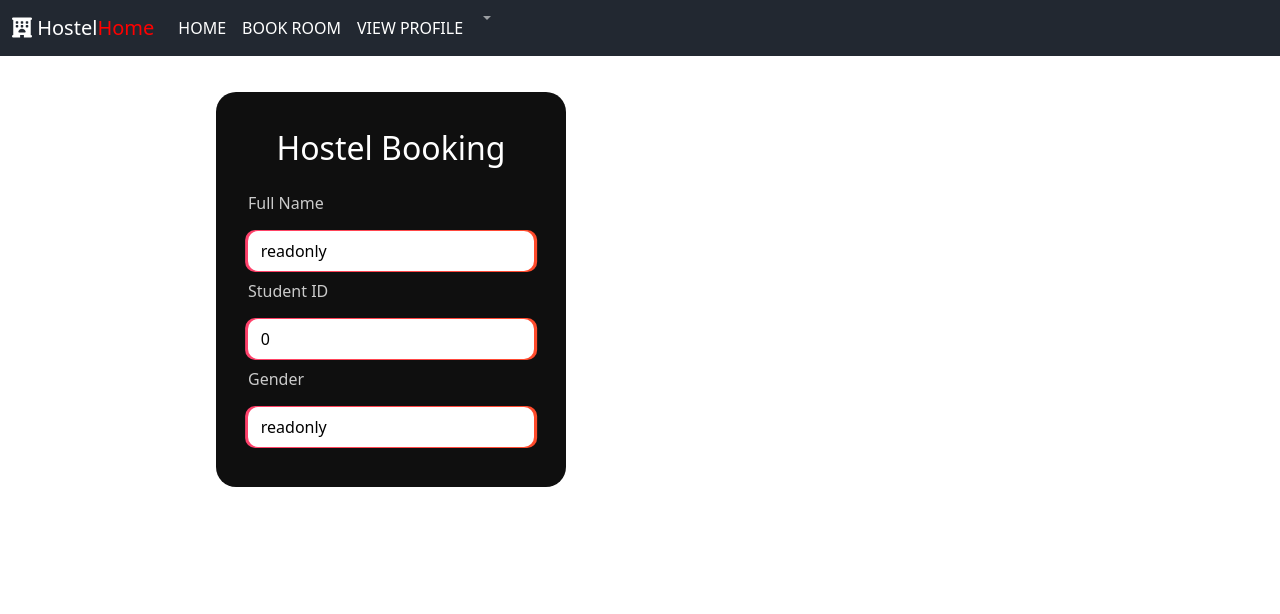
Repository: SparshGarg1/Hostel_Managment_System
Page: http://localhost/Hostel/studentviewappoinment.jsp
The author's editor kept a copy of each file at every save. The page is drawn from the files as they stood at one save, then again after a run of saves.
The browser window is 1280 px wide. The pictures show the whole page.
Some web libraries are served in a nearby version. The page is served by Tomcat 9. Other server files are loaded and not shown. Queries for data that is not in the repository find no rows.

Above is the page before, as saved 2023-06-18 07:18:35.

### Hostel/WebContent/studentviewappoinment.jsp
<%@page import="java.sql.ResultSet"%>
<%@page errorPage="component/error.jsp" %>
<%@ include file="component/db.jsp" %>
<%@ page language="java" contentType="text/html; charset=ISO-8859-1"
    pageEncoding="ISO-8859-1"%>
<!DOCTYPE html PUBLIC "-//W3C//DTD HTML 4.01 Transitional//EN" "http://www.w3.org/TR/html4/loose.dtd">
<html>
<head>
<meta http-equiv="Content-Type" content="text/html; charset=ISO-8859-1">
<title>Insert title here</title>
<%@ include file="component/allcss.jsp" %>
<style>
        @import url('https://fonts.googleapis.com/css2?family=Poppins&display=swap');
        .main{
            display: flex;
            align-items: center;
            justify-content:space-between;
            flex-wrap: wrap;
        }
        .image img{
            margin: 5vh 30vh;
            border-radius: 15px;
            filter: brightness(80%);
        }
        .contain{
            margin: 5vh 30vh;
            background: rgb(15, 15, 15);
            width: 350px;
            border-radius: 20px;
            display: flex;
            justify-content: center;
            flex-direction: column;
            color: white;
            padding: 2em;

        }
        .head{
            font-size: 2em;
            margin-bottom: 0.5em;
            text-align: center;
        }
        .bo {
            margin: 0.2em 0;
        }
        .contain .bo p{
            color: rgba(255, 255, 255, 0.781);
        }
        .contain .bo div{
            position: relative;
            width: 100%;
            height: 40px;
            margin: 0.5em 0;
        }
        .contain .bo input{
            position: absolute;
            width: 100%;
            height: 100%;
            background: rgb(255, 255, 255);
            color: rgb(0, 0, 0);
            border: none;
            outline: none;
            padding-left: 0.8em;
            border-radius: 10px;
            transition: all .4s
        }

        .contain .bo input:focus::placeholder{
            color: white;
        }
        .contain .bo div::before{
            content: '';
            position: absolute;
            top: 50%;
            left: 50%;
            transform: translate(-50%, -50%);
            width: 102%;
            height: 105%;
            border-radius: 10px;
            background: linear-gradient(to right, #ff416c, #ff4b2b);
        }

        select{
            position: relative;
            width: 100%;
            height: 40px;
            margin: 0.5em 0;
            border-radius: 10px;
            /* background: linear-gradient(to right, #ff416c, #ff4b2b); */
        }
        .loginBtn{
            width: 102%;
            height: 40px;
            border: none;
            border-radius: 10px;
            margin: 0.5em 0;
            transform: translate(-1%);
            cursor: pointer;
            color: white;
            background: linear-gradient(to right, #ff416c, #ff4b2b);
            transition: all .4s;
        }

        .loginBtn:hover{
            transform: translate(-1%, 5%);
            box-shadow: 0 0 10px #ff416d65;
        }
        .text{
            font-size: 0.8em;
            margin-top: 0.5em;
            text-align: center;
            color: rgba(255, 255, 255, 0.623);
        }
        .text a{
            color: rgba(255, 255, 255, 0.911);
        }
        </style>
</head>
<body>
<!-- Fetching Detail os User -->
<%
	HttpSession ses = request.getSession();
	String email = (String) ses.getAttribute("email");
	String qrp = "select * from student where email=?";
	PreparedStatement ps = con.prepareStatement(qrp);
	ps.setString(1, email);
	String name="";
	int id =0;
	String gender="";
	int age=0;
	int room=0;
	String hostel_name="";
	ResultSet rsp = ps.executeQuery();
	if(rsp.next())
	{
	name = rsp.getString("name");
	id = rsp.getInt("student_id");
	gender = rsp.getString("gender");
	age = rsp.getInt("age");
	room = rsp.getInt("room_no");
	hostel_name = rsp.getString("hostel_name");
	}
%>

<!-- Navbar -->
<nav class="navbar navbar-expand-lg navbar-dark" style="background-color:#222831;">
  <div class="container-fluid">
<a class="navbar-brand" href="index.jsp"><i class="fas fa-hotel"></i> Hostel<span style="color:red;">Home</span></a>
    <button class="navbar-toggler" type="button" data-bs-toggle="collapse" data-bs-target="#navbarSupportedContent" aria-controls="navbarSupportedContent" aria-expanded="false" aria-label="Toggle navigation">
      <span class="navbar-toggler-icon"></span>
    </button>
    <div class="collapse navbar-collapse" id="navbarSupportedContent">
      <ul class="navbar-nav  mb-2 mb-lg-0">
        <li class="nav-item">
          <a class="nav-link active" aria-current="page" href="studentportal.jsp">HOME</a>
        </li>
        <li class="nav-item">
          <a class="nav-link active" aria-current="page" href="studentbookroom.jsp">BOOK ROOM</a>
        </li>
        <li class="nav-item">
          <a class="nav-link active" aria-current="page" href="studentviewappoinment.jsp">VIEW PROFILE</a>
        </li>
        <li class="nav-item dropdown">
          <a class="nav-link dropdown-toggle" href="#" id="navbarDropdown" role="button" data-bs-toggle="dropdown" aria-expanded="false">
           <%=name %>
          </a>
          <ul class="dropdown-menu" aria-labelledby="navbarDropdown">
          	<li><a class="dropdown-item" href="userchangepassword.jsp?email=<%= email %>">Change Password</a></li>
            <li><a class="dropdown-item" href="UserLogout">Logout</a></li>
          </ul>
        </li>
      </ul>
    </div>
  </div>
</nav>

<div class="main">

    <div class="contain">
        <p class="head">Hostel Booking</p>
        <form>
        <div class="bo">
            <p>Full Name</p>
            <div>
                <input value=<%=name%> readonly>
            </div>
        </div>
        <div class="bo">
            <p>Student ID</p>
            <div>
                <input value=<%=id%> readonly>
            </div>
        </div>
        <div class="bo">
            <p>Gender</p>
            <div>
                <input value=<%=gender%> readonly>
            </div>
        </div>



        </form>
    </div>
</div>

</body>
</html>

### Hostel/WebContent/component/db.jsp

<%@page import="java.sql.Connection" %>
<%@page import="java.sql.DriverManager" %>
<%@page import="java.sql.PreparedStatement" %>
<%
Class.forName("com.mysql.jdbc.Driver");
Connection con=DriverManager.getConnection("jdbc:mysql://localhost:3306/hostel","root","sparsh1574");
%>

### Hostel/WebContent/component/allcss.jsp
<link rel="stylesheet" href="https://cdnjs.cloudflare.com/ajax/libs/font-awesome/6.1.2/css/all.min.css" integrity="sha512-1sCRPdkRXhBV2PBLUdRb4tMg1w2YPf37qatUFeS7zlBy7jJI8Lf4VHwWfZZfpXtYSLy85pkm9GaYVYMfw5BC1A==" crossorigin="anonymous" referrerpolicy="no-referrer" />
<link href="https://cdn.jsdelivr.net/npm/bootstrap@5.0.2/dist/css/bootstrap.min.css" rel="stylesheet" integrity="sha384-EVSTQN3/azprG1Anm3QDgpJLIm9Nao0Yz1ztcQTwFspd3yD65VohhpuuCOmLASjC" crossorigin="anonymous">
<script src="https://cdn.jsdelivr.net/npm/bootstrap@5.0.2/dist/js/bootstrap.bundle.min.js" integrity="sha384-MrcW6ZMFYlzcLA8Nl+NtUVF0sA7MsXsP1UyJoMp4YLEuNSfAP+JcXn/tWtIaxVXM" crossorigin="anonymous"></script>

After the next 2 saves:
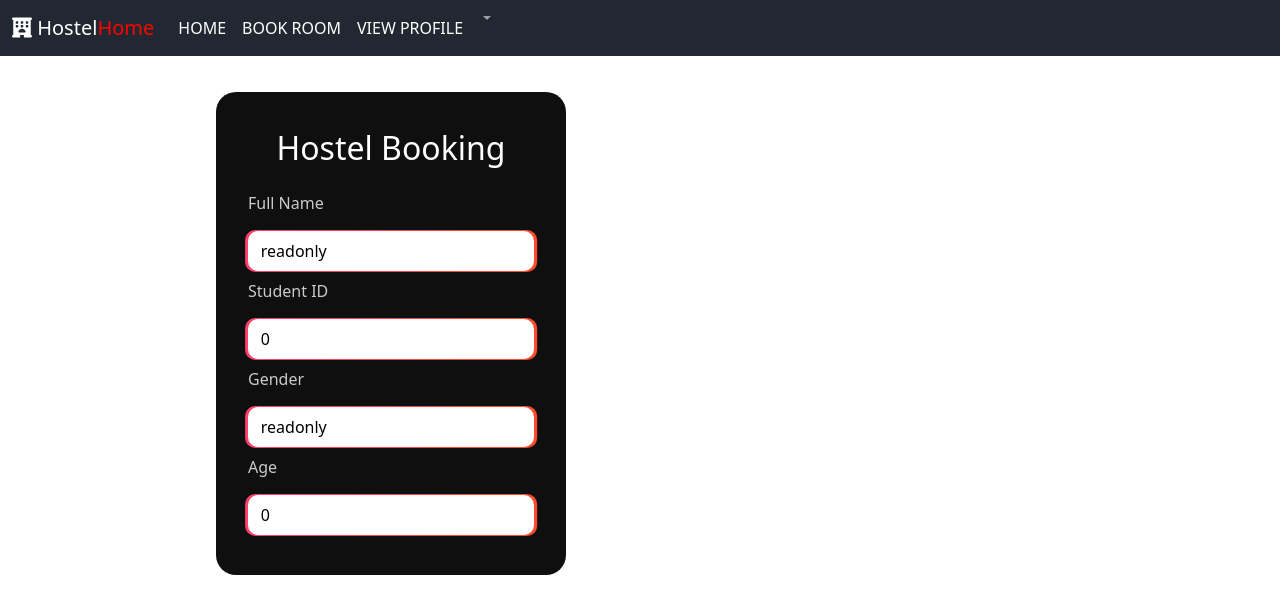
The 2 saves are shown as one change because they came seconds apart.
The last was saved 37 s later.
--- a/Hostel/WebContent/studentviewappoinment.jsp
+++ b/Hostel/WebContent/studentviewappoinment.jsp
@@ -196,7 +196,12 @@
                 <input value=<%=gender%> readonly>
             </div>
         </div>
-
+       <div class="bo">
+            <p>Age</p>
+            <div>
+                <input value=<%=age%> readonly>
+            </div>
+        </div>
 
 
         </form>
